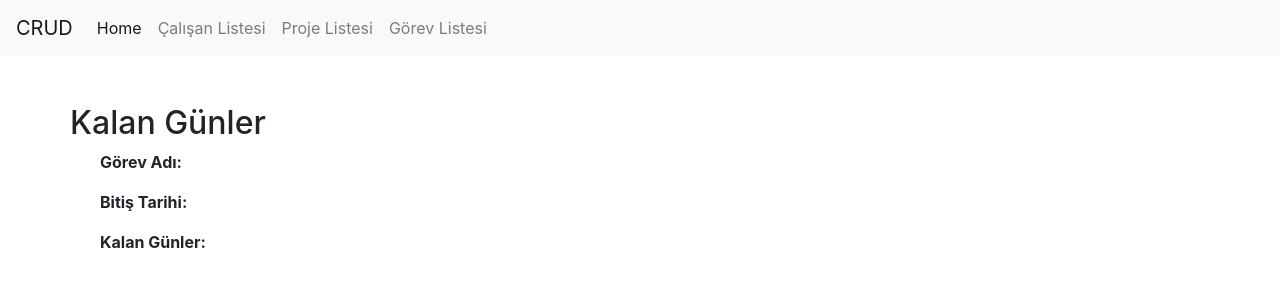
Repository: AhmetOzgul/veri_Taban-_proje
Page: http://localhost/remaining_days
The author's editor kept a copy of each file at every save. The page is drawn from the files as they stood at one save, then again after the next save.
The browser window is 1280 px wide. The pictures show the whole page.
The page is this project's Thymeleaf template; nobody is signed in. The template is opened directly, without the code that normally fills it, so the values that code supplies are empty.

Above is the page before, as saved 2024-01-16 18:37:21.

### vtys2/vtys/src/main/resources/templates/remaining_days.html
<!DOCTYPE html>
<html lang="en" xmlns:th="http://www.thymeleaf.org">
<head>
    <meta charset="UTF-8">
    <meta name="viewport" content="width=device-width, initial-scale=1.0">
    <title>Remaining Days</title>
    <link rel="stylesheet" href="https://cdn.jsdelivr.net/npm/bootstrap@4.0.0/dist/css/bootstrap.min.css" integrity="sha384-Gn5384xqQ1aoWXA+058RXPxPg6fy4IWvTNh0E263XmFcJlSAwiGgFAW/dAiS6JXm" crossorigin="anonymous">
</head>
<body>
    <nav class="navbar navbar-expand-lg navbar-light bg-light">
        <a class="navbar-brand" href="#">CRUD</a>
        <button class="navbar-toggler" type="button" data-toggle="collapse" data-target="#navbarNav" aria-controls="navbarNav" aria-expanded="false" aria-label="Toggle navigation">
          <span class="navbar-toggler-icon"></span>
        </button>
        <div class="collapse navbar-collapse" id="navbarNav">
          <ul class="navbar-nav">
            <li class="nav-item active">
              <a class="nav-link" href="/">Home<span class="sr-only">(current)</span></a>
            </li>
            <li class="nav-item">
              <a class="nav-link" href="/users">Çalışan Listesi</a>
            </li>
            <li class="nav-item">
                <a class="nav-link" href="/projects">Proje Listesi</a>
              </li>
            <li class="nav-item">
                <a class="nav-link" href="/tasks">Görev Listesi</a>
              </li>
          </ul>
        </div>
      </nav>
      <br></br>
    <div class="container">
        <div class="row">
            <h2>Kalan Günler</h2>
        </div>

        <div class="col-lg-6">
            <p><strong>Görev Adı:</strong> <span th:text="${task.taskName}"></span></p>
            <p><strong>Bitiş Tarihi:</strong> <span th:text="${task.endDate}"></span></p>
            <p><strong>Kalan Günler:</strong> <span th:text="${remainingDays}"></span></p>
        </div>
    </div>
</body>
</html>

After the next save:
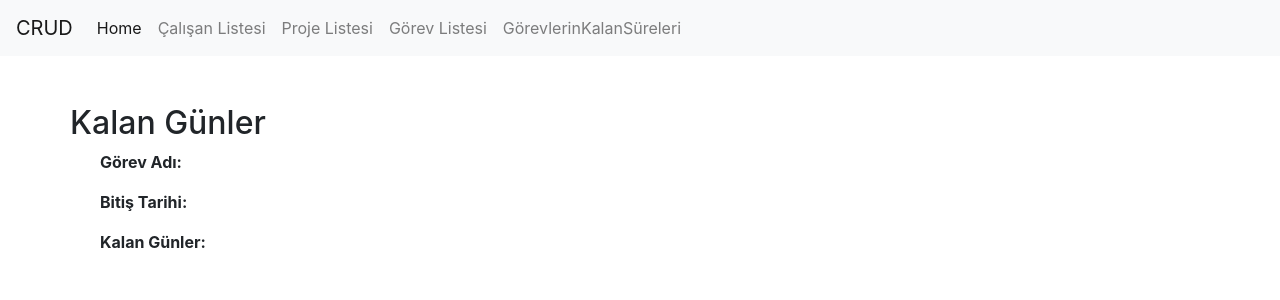
Saved 41 s later.
--- a/vtys2/vtys/src/main/resources/templates/remaining_days.html
+++ b/vtys2/vtys/src/main/resources/templates/remaining_days.html
@@ -26,6 +26,9 @@
             <li class="nav-item">
                 <a class="nav-link" href="/tasks">Görev Listesi</a>
               </li>
+                            <li class="nav-item">
+        <a class="nav-link" href="remaining-days">GörevlerinKalanSüreleri</a>
+    </li>
           </ul>
         </div>
       </nav>
